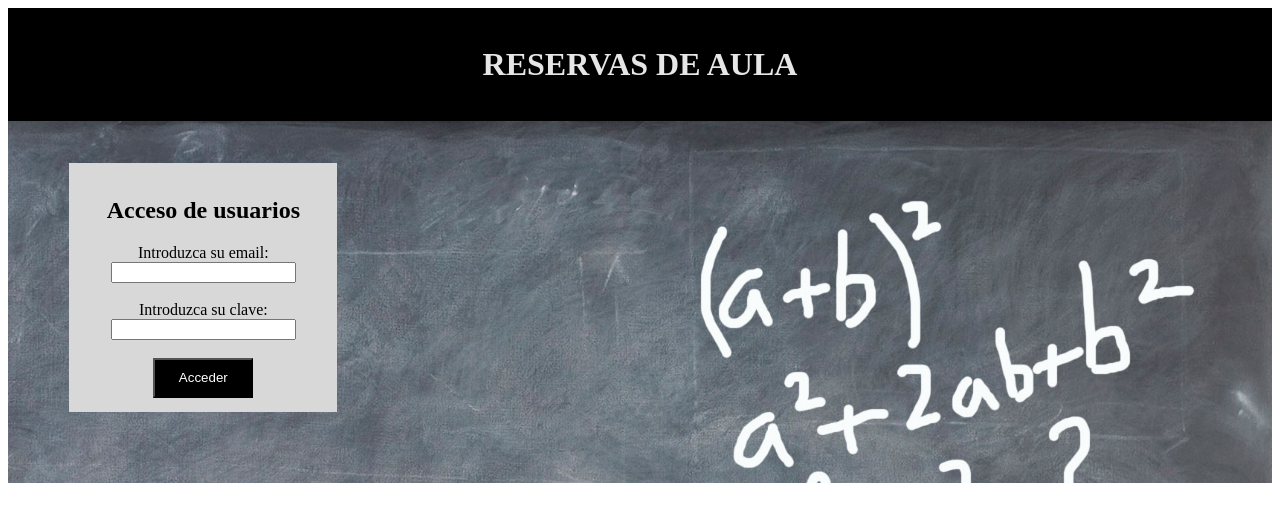
Repository: maguria/Reservas
Page: index.html
The author's editor kept a record of every edit. The page is drawn from the files as they stood at one moment, then again after the next edit.
The browser window is 1280 px wide. The pictures show the whole page.

Above is the page before.

After the next edit:
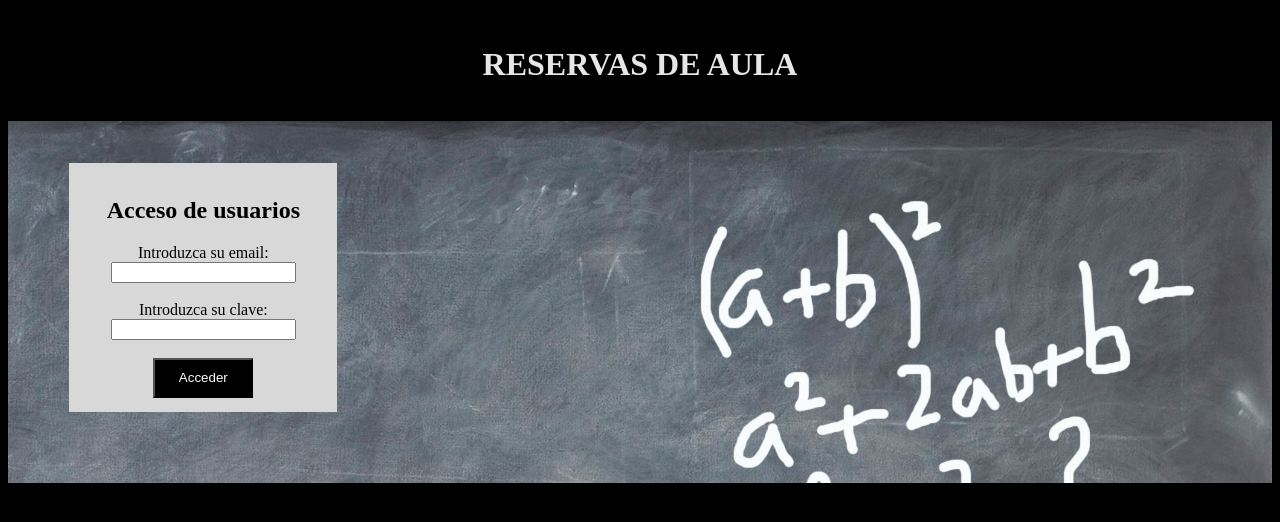
The edit:
--- a/css/main.css
+++ b/css/main.css
@@ -1,3 +1,6 @@
+body{
+    background-color:black;
+}
 .principal{
     display:flex;
     flex-flow:row wrap;
